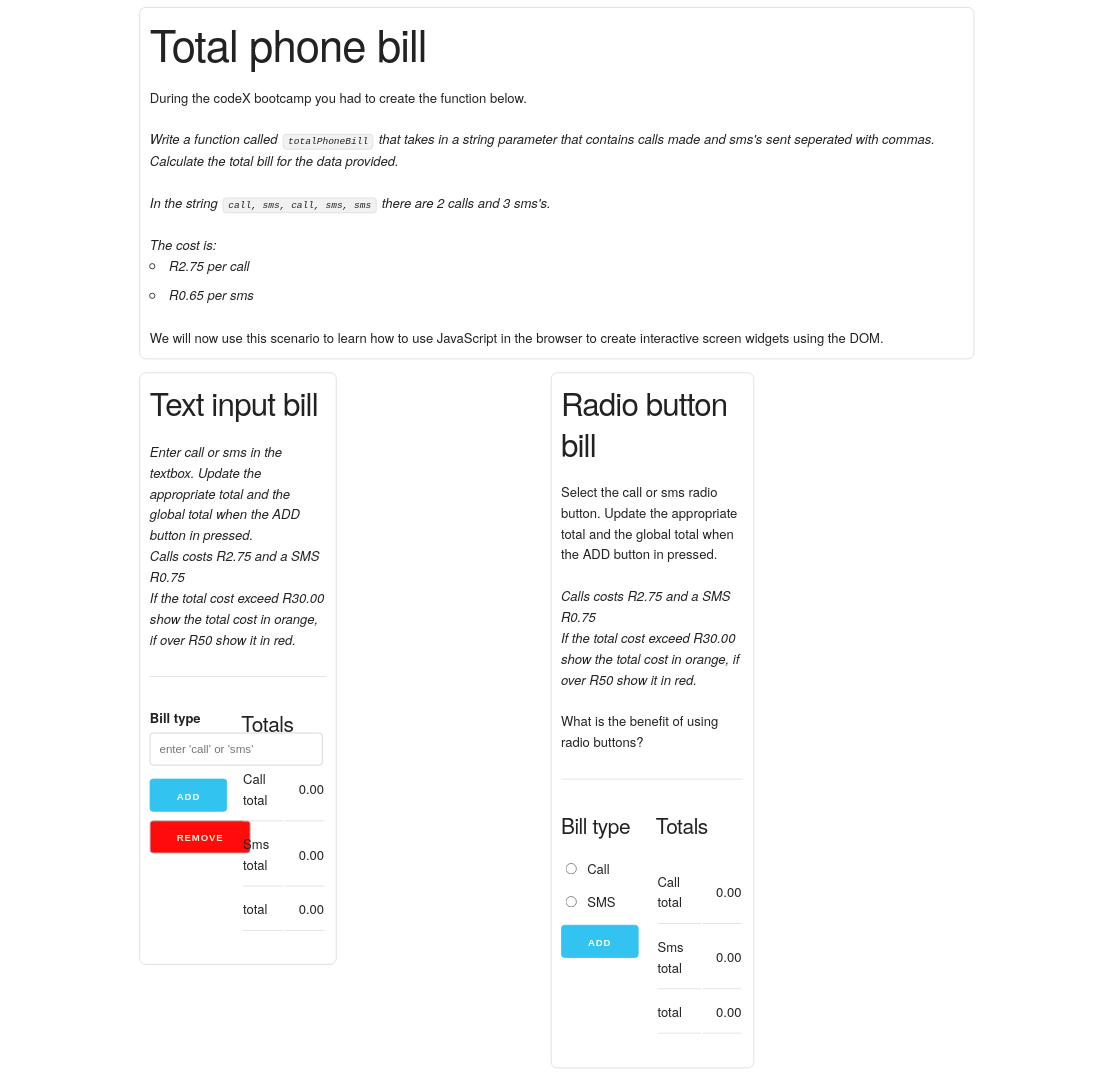
Repository: lasity34/Dom-intro-handlebars
Page: index.html
The author's editor kept a copy of each file at every save. The page is drawn from the files as they stood at one save, then again after the next save.
The browser window is 1280 px wide. The pictures show the whole page, at 87% of full size.
Some web libraries are served in a nearby version.

Above is the page before, as saved 2023-05-09 08:38:25.

### index.html
<!DOCTYPE html>
<html>
  <head>
    <meta charset="utf-8" />
    <title></title>
    <link rel="stylesheet" href="css/skeleton.css" />
    <link rel="stylesheet" href="css/style.css" />
    <script src="https://cdnjs.cloudflare.com/ajax/libs/handlebars.js/4.0.11/handlebars.min.js"></script>
    <script type="text/x-template" id="billTemplate">
      {{#each differentCosts}}
      <tr >
      <td>{{name}} total</td>
      <td><span class=" {{this.extraClass}}" >{{total}}</span></td>
      </tr>
      {{/each}}
    </script>
  </head>
  <body>
    <div class="container">
      <div class="row">
        <div class="twelve columns box">
          <h1>Total phone bill</h1>

          <div class="">
            During the codeX bootcamp you had to create the function below.
          </div>

          <br />

          <div class="">
            <i
              >Write a function called <code>totalPhoneBill</code> that takes in
              a string parameter that contains calls made and sms's sent
              seperated with commas. Calculate the total bill for the data
              provided. <br /><br />
              In the string <code>call, sms, call, sms, sms</code> there are 2
              calls and 3 sms's.
              <br />
              <br />
              The cost is:
              <ul>
                <li>R2.75 per call</li>
                <li>R0.65 per sms</li>
              </ul>
            </i>
          </div>

          <div class="">
            We will now use this scenario to learn how to use JavaScript in the
            browser to create interactive screen widgets using the DOM.
          </div>
        </div>
      </div>
      <div class="widget_container">
      <div class="row">
        <div class="six columns box">
          <!--  text input bill -->
          <h3>Text input bill</h3>

          <div class="">
            <i
              >Enter call or sms in the textbox. Update the appropriate total
              and the global total when the ADD button in pressed.</i
            >
          </div>
          <div class="">
            <i>Calls costs R2.75 and a SMS R0.75</i>
          </div>

          <div class="">
            <i
              >If the total cost exceed R30.00 show the total cost in orange, if
              over R50 show it in red.</i
            >
          </div>
          <hr />

          <div></div>
          <div class="row">
            <div class="six columns">
              <label for="">Bill type</label>
              <input
                type="text"
                name=""
                value=""
                placeholder="enter 'call' or 'sms' "
                class="billTypeText"
              />
              <button
                class="button-primary addToBillBtn"
                type="button"
                name="button"
              >
                Add
              </button>
              <button class="resetBtn" type="button" name="button">
                Remove
              </button>
            </div>
            <div class="six columns">
              <h5>Totals</h5>
              <table class="textTotals"></table>
            </div>
          </div>
        </div>
      </div>
      <div class="row">
        <div class="six columns box">
          <h3>Radio button bill</h3>

          <div class="">
            Select the call or sms radio button. Update the appropriate total
            and the global total when the ADD button in pressed.
          </div>
          <br />
          <div class="">
            <i>Calls costs R2.75 and a SMS R0.75</i>
          </div>

          <div class="">
            <i
              >If the total cost exceed R30.00 show the total cost in orange, if
              over R50 show it in red.</i
            >
          </div>
          <br />
          <div class="">What is the benefit of using radio buttons?</div>

          <hr />

          <div class="row">
            <div class="six columns">
              <h5>Bill type</h5>
              <label class="">
                <input
                  type="radio"
                  name="billItemType"
                  class="billItemTypeRadio"
                  value="call"
                />
                <span class="label-body">Call</span>
              </label>
              <label class="">
                <input
                  type="radio"
                  name="billItemType"
                  class="billItemTypeRadio"
                  value="sms"
                />
                <span class="label-body">SMS</span>
              </label>
              <button
                class="button-primary radioBillAddBtn"
                type="button"
                name="button"
              >
                Add
              </button>
            </div>
            <div class="six columns">
              <h5>Totals</h5>
              <table class="radioTotals"></table>
            </div>
          </div>
        </div>
      </div>
      </div>
    </div>

    <script src="./js/text-bill.js" charset="utf-8"></script>
    <script src="./js/radio-bill.js" charset="utf-8"></script>
  </body>
</html>

<!-- billTotal -->

### css/skeleton.css
/*
* Skeleton V2.0.4
* Copyright 2014, Dave Gamache
* www.getskeleton.com
* Free to use under the MIT license.
* http://www.opensource.org/licenses/mit-license.php
* 12/29/2014
*/


/* Table of contents
––––––––––––––––––––––––––––––––––––––––––––––––––
- Grid
- Base Styles
- Typography
- Links
- Buttons
- Forms
- Lists
- Code
- Tables
- Spacing
- Utilities
- Clearing
- Media Queries
*/


/* Grid
–––––––––––––––––––––––––––––––––––––––––––––––––– */
.container {
  position: relative;
  width: 100%;
  max-width: 960px;
  margin: 0 auto;
  padding: 0 20px;
  box-sizing: border-box; }
.column,
.columns {
  width: 100%;
  float: left;
  box-sizing: border-box; }

/* For devices larger than 400px */
@media (min-width: 400px) {
  .container {
    width: 85%;
    padding: 0; }
}

/* For devices larger than 550px */
@media (min-width: 550px) {
  .container {
    width: 80%; }
  .column,
  .columns {
    margin-left: 4%; }
  .column:first-child,
  .columns:first-child {
    margin-left: 0; }

  .one.column,
  .one.columns                    { width: 4.66666666667%; }
  .two.columns                    { width: 13.3333333333%; }
  .three.columns                  { width: 22%;            }
  .four.columns                   { width: 30.6666666667%; }
  .five.columns                   { width: 39.3333333333%; }
  .six.columns                    { width: 48%;            }
  .seven.columns                  { width: 56.6666666667%; }
  .eight.columns                  { width: 65.3333333333%; }
  .nine.columns                   { width: 74.0%;          }
  .ten.columns                    { width: 82.6666666667%; }
  .eleven.columns                 { width: 91.3333333333%; }
  .twelve.columns                 { width: 100%; margin-left: 0; }

  .one-third.column               { width: 30.6666666667%; }
  .two-thirds.column              { width: 65.3333333333%; }

  .one-half.column                { width: 48%; }

  /* Offsets */
  .offset-by-one.column,
  .offset-by-one.columns          { margin-left: 8.66666666667%; }
  .offset-by-two.column,
  .offset-by-two.columns          { margin-left: 17.3333333333%; }
  .offset-by-three.column,
  .offset-by-three.columns        { margin-left: 26%;            }
  .offset-by-four.column,
  .offset-by-four.columns         { margin-left: 34.6666666667%; }
  .offset-by-five.column,
  .offset-by-five.columns         { margin-left: 43.3333333333%; }
  .offset-by-six.column,
  .offset-by-six.columns          { margin-left: 52%;            }
  .offset-by-seven.column,
  .offset-by-seven.columns        { margin-left: 60.6666666667%; }
  .offset-by-eight.column,
  .offset-by-eight.columns        { margin-left: 69.3333333333%; }
  .offset-by-nine.column,
  .offset-by-nine.columns         { margin-left: 78.0%;          }
  .offset-by-ten.column,
  .offset-by-ten.columns          { margin-left: 86.6666666667%; }
  .offset-by-eleven.column,
  .offset-by-eleven.columns       { margin-left: 95.3333333333%; }

  .offset-by-one-third.column,
  .offset-by-one-third.columns    { margin-left: 34.6666666667%; }
  .offset-by-two-thirds.column,
  .offset-by-two-thirds.columns   { margin-left: 69.3333333333%; }

  .offset-by-one-half.column,
  .offset-by-one-half.columns     { margin-left: 52%; }

}


/* Base Styles
–––––––––––––––––––––––––––––––––––––––––––––––––– */
/* NOTE
html is set to 62.5% so that all the REM measurements throughout Skeleton
are based on 10px sizing. So basically 1.5rem = 15px :) */
html {
  font-size: 62.5%; }
body {
  font-size: 1.5em; /* currently ems cause chrome bug misinterpreting rems on body element */
  line-height: 1.6;
  font-weight: 400;
  font-family: "Raleway", "HelveticaNeue", "Helvetica Neue", Helvetica, Arial, sans-serif;
  color: #222; }


/* Typography
–––––––––––––––––––––––––––––––––––––––––––––––––– */
h1, h2, h3, h4, h5, h6 {
  margin-top: 0;
  margin-bottom: 2rem;
  font-weight: 300; }
h1 { font-size: 4.0rem; line-height: 1.2;  letter-spacing: -.1rem;}
h2 { font-size: 3.6rem; line-height: 1.25; letter-spacing: -.1rem; }
h3 { font-size: 3.0rem; line-height: 1.3;  letter-spacing: -.1rem; }
h4 { font-size: 2.4rem; line-height: 1.35; letter-spacing: -.08rem; }
h5 { font-size: 1.8rem; line-height: 1.5;  letter-spacing: -.05rem; }
h6 { font-size: 1.5rem; line-height: 1.6;  letter-spacing: 0; }

/* Larger than phablet */
@media (min-width: 550px) {
  h1 { font-size: 5.0rem; }
  h2 { font-size: 4.2rem; }
  h3 { font-size: 3.6rem; }
  h4 { font-size: 3.0rem; }
  h5 { font-size: 2.4rem; }
  h6 { font-size: 1.5rem; }
}

p {
  margin-top: 0; }


/* Links
–––––––––––––––––––––––––––––––––––––––––––––––––– */
a {
  color: #1EAEDB; }
a:hover {
  color: #0FA0CE; }


/* Buttons
–––––––––––––––––––––––––––––––––––––––––––––––––– */
.button,
button,
input[type="submit"],
input[type="reset"],
input[type="button"] {
  display: inline-block;
  height: 38px;
  padding: 0 30px;
  color: #555;
  text-align: center;
  font-size: 11px;
  font-weight: 600;
  line-height: 38px;
  letter-spacing: .1rem;
  text-transform: uppercase;
  text-decoration: none;
  white-space: nowrap;
  background-color: transparent;
  border-radius: 4px;
  border: 1px solid #bbb;
  cursor: pointer;
  box-sizing: border-box; }
.button:hover,
button:hover,
input[type="submit"]:hover,
input[type="reset"]:hover,
input[type="button"]:hover,
.button:focus,
button:focus,
input[type="submit"]:focus,
input[type="reset"]:focus,
input[type="button"]:focus {
  color: #333;
  border-color: #888;
  outline: 0; }
.button.button-primary,
button.button-primary,
input[type="submit"].button-primary,
input[type="reset"].button-primary,
input[type="button"].button-primary {
  color: #FFF;
  background-color: #33C3F0;
  border-color: #33C3F0; }
.button.button-primary:hover,
button.button-primary:hover,
input[type="submit"].button-primary:hover,
input[type="reset"].button-primary:hover,
input[type="button"].button-primary:hover,
.button.button-primary:focus,
button.button-primary:focus,
input[type="submit"].button-primary:focus,
input[type="reset"].button-primary:focus,
input[type="button"].button-primary:focus {
  color: #FFF;
  background-color: #1EAEDB;
  border-color: #1EAEDB; }


/* Forms
–––––––––––––––––––––––––––––––––––––––––––––––––– */
input[type="email"],
input[type="number"],
input[type="search"],
input[type="text"],
input[type="tel"],
input[type="url"],
input[type="password"],
textarea,
select {
  height: 38px;
  padding: 6px 10px; /* The 6px vertically centers text on FF, ignored by Webkit */
  background-color: #fff;
  border: 1px solid #D1D1D1;
  border-radius: 4px;
  box-shadow: none;
  box-sizing: border-box; }
/* Removes awkward default styles on some inputs for iOS */
input[type="email"],
input[type="number"],
input[type="search"],
input[type="text"],
input[type="tel"],
input[type="url"],
input[type="password"],
textarea {
  -webkit-appearance: none;
     -moz-appearance: none;
          appearance: none; }
textarea {
  min-height: 65px;
  padding-top: 6px;
  padding-bottom: 6px; }
input[type="email"]:focus,
input[type="number"]:focus,
input[type="search"]:focus,
input[type="text"]:focus,
input[type="tel"]:focus,
input[type="url"]:focus,
input[type="password"]:focus,
textarea:focus,
select:focus {
  border: 1px solid #33C3F0;
  outline: 0; }
label,
legend {
  display: block;
  margin-bottom: .5rem;
  font-weight: 600; }
fieldset {
  padding: 0;
  border-width: 0; }
input[type="checkbox"],
input[type="radio"] {
  display: inline; }
label > .label-body {
  display: inline-block;
  margin-left: .5rem;
  font-weight: normal; }


/* Lists
–––––––––––––––––––––––––––––––––––––––––––––––––– */
ul {
  list-style: circle inside; }
ol {
  list-style: decimal inside; }
ol, ul {
  padding-left: 0;
  margin-top: 0; }
ul ul,
ul ol,
ol ol,
ol ul {
  margin: 1.5rem 0 1.5rem 3rem;
  font-size: 90%; }
li {
  margin-bottom: 1rem; }


/* Code
–––––––––––––––––––––––––––––––––––––––––––––––––– */
code {
  padding: .2rem .5rem;
  margin: 0 .2rem;
  font-size: 90%;
  white-space: nowrap;
  background: #F1F1F1;
  border: 1px solid #E1E1E1;
  border-radius: 4px; }
pre > code {
  display: block;
  padding: 1rem 1.5rem;
  white-space: pre; }


/* Tables
–––––––––––––––––––––––––––––––––––––––––––––––––– */
th,
td {
  padding: 12px 15px;
  text-align: left;
  border-bottom: 1px solid #E1E1E1; }
th:first-child,
td:first-child {
  padding-left: 0; }
th:last-child,
td:last-child {
  padding-right: 0; }


/* Spacing
–––––––––––––––––––––––––––––––––––––––––––––––––– */
button,
.button {
  margin-bottom: 1rem; }
input,
textarea,
select,
fieldset {
  margin-bottom: 1.5rem; }
pre,
blockquote,
dl,
figure,
table,
p,
ul,
ol,
form {
  margin-bottom: 2.5rem; }


/* Utilities
–––––––––––––––––––––––––––––––––––––––––––––––––– */
.u-full-width {
  width: 100%;
  box-sizing: border-box; }
.u-max-full-width {
  max-width: 100%;
  box-sizing: border-box; }
.u-pull-right {
  float: right; }
.u-pull-left {
  float: left; }


/* Misc
–––––––––––––––––––––––––––––––––––––––––––––––––– */
hr {
  margin-top: 3rem;
  margin-bottom: 3.5rem;
  border-width: 0;
  border-top: 1px solid #E1E1E1; }


/* Clearing
–––––––––––––––––––––––––––––––––––––––––––––––––– */

/* Self Clearing Goodness */
.container:after,
.row:after,
.u-cf {
  content: "";
  display: table;
  clear: both; }


/* Media Queries
–––––––––––––––––––––––––––––––––––––––––––––––––– */
/*
Note: The best way to structure the use of media queries is to create the queries
near the relevant code. For example, if you wanted to change the styles for buttons
on small devices, paste the mobile query code up in the buttons section and style it
there.
*/


/* Larger than mobile */
@media (min-width: 400px) {}

/* Larger than phablet (also point when grid becomes active) */
@media (min-width: 550px) {}

/* Larger than tablet */
@media (min-width: 750px) {}

/* Larger than desktop */
@media (min-width: 1000px) {}

/* Larger than Desktop HD */
@media (min-width: 1200px) {}

### css/style.css
.box {
  padding: 0.75em;
  border-radius : 0.5em;
  border : 1px solid #ddd;
  height: auto;
  margin-bottom: 1em;
}


.warning {
  color: orange;
  font-weight: bold;
}

.danger {
  color: crimson;
  font-weight: bold;
}

.total {
  font-weight: bold;
  font-size: 2em;
}

.resetBtn {
  background-color: rgb(255, 11, 11);
  color: antiquewhite;
}

.widget_container {
  display: flex;
}

### js/text-bill.js
// get a reference to the textbox where the bill type is to be entered

//get a reference to the add button

//create a variable that will keep track of the total bill

//add an event listener for when the add button is pressed

//in the event listener check if the value in the bill type textbox is 'sms' or 'call'
// * add the appropriate value to the running total
// * add nothing for invalid values that is not 'call' or 'sms'.
// * display the latest total on the screen\index.html

const billTypeText = document.querySelector(".billTypeText");
const textTotalAddBtn = document.querySelector(".addToBillBtn");
const textTotalRemoveBtn = document.querySelector(".resetBtn");
const totalElem = document.querySelector(".total");
const textCostDataElem = document.querySelector(".textTotals");


let callsTotal = 0.0;
let smsTotal = 0.0;
let totaltext = 0.0;

function textBillTotal() {
  const billTypeEntered = billTypeText.value.trim();

  if (billTypeEntered === "call") {
    callsTotal += 2.75;
  } else if (billTypeEntered === "sms") {
    smsTotal += 0.75;
  }

  totaltext = callsTotal + smsTotal;
  updateTextTemplate();

}
function removeTotal() {
  callsTotal = 0;
  smsTotal = 0;
  totaltext = 0
  updateTextTemplate();
}

function updateTextTemplate() {
  const templateSource = document.querySelector("#billTemplate").innerHTML;
  const textTemplate = Handlebars.compile(templateSource);

  const costData = {
    differentCosts: [
      { name: "Call", total: callsTotal.toFixed(2), extraClass : "" },
      {
        name: "Sms",
        total: smsTotal.toFixed(2),
        extraClass : ""
      },
      {
        name: "",
        total: totaltext.toFixed(2),
        extraClass : totaltext > 50 ? "danger" : totaltext > 30 ? "warning" : ""
      },
    ],

  };

  const userDataHTML = textTemplate(costData);

  textCostDataElem.innerHTML = userDataHTML;
}

document.addEventListener("DOMContentLoaded", function () {
  updateTextTemplate();
});

textTotalAddBtn.addEventListener("click", textBillTotal);
textTotalRemoveBtn.addEventListener("click", removeTotal);

### js/radio-bill.js
// get a reference to the sms or call radio buttons

//get a reference to the add button

//create a variable that will keep track of the total bill

//add an event listener for when the add button is pressed

//in the event listener get the value from the billItemTypeRadio radio buttons
// * add the appropriate value to the running total
// * add nothing for invalid values that is not 'call' or 'sms'.
// * display the latest total on the screen

const radioBillAddBtnElement = document.querySelector(".radioBillAddBtn");

// "input[name='billItemType']:checked"
const callTotalTwoElement = document.querySelector(".callTotalTwo");
const smsTotalTwoElement = document.querySelector(".smsTotalTwo");
const totalTwoElement = document.querySelector(".totalTwo");

let smsTotalRadio = 0;
let callTotalRadio = 0;
let radioTotal = 0;
function calculateRadioBtn() {
  const checkedRadioBtnElement = document.querySelector(
    "input[name='billItemType']:checked"
  );

  if (checkedRadioBtnElement) {
    const billItemType = checkedRadioBtnElement.value;

    if (billItemType === "call") {
      callTotalRadio += 2.75;
    } else if (billItemType === "sms") {
      smsTotalRadio += 0.75;
    }
  }

  radioTotal = callTotalRadio + smsTotalRadio;

  updateRadioTemplate();

  const radioItem = document.querySelectorAll(".radioItem");


}

function updateRadioTemplate(type) {
  const templateSource = document.querySelector("#billTemplate").innerHTML;
  const userTemplate = Handlebars.compile(templateSource);
  const radioCostDataElem = document.querySelector(".radioTotals");
  const costData = {
    differentCosts: [
      { name: "Call", total: callTotalRadio.toFixed(2), extraClass : "" },
      {
        name: "Sms",
        total: smsTotalRadio.toFixed(2),
        extraClass : ""
      },
      {
        name: "",
        total: radioTotal.toFixed(2),
        extraClass : radioTotal > 50 ? "danger" : radioTotal > 30 ? "warning" : ''
      },
    ],

  };

  const userDataHTML = userTemplate(costData);
  radioCostDataElem.innerHTML = userDataHTML;
}

document.addEventListener("DOMContentLoaded", function () {
  updateRadioTemplate("radio");
});

radioBillAddBtnElement.addEventListener("click", calculateRadioBtn);

After the next save:
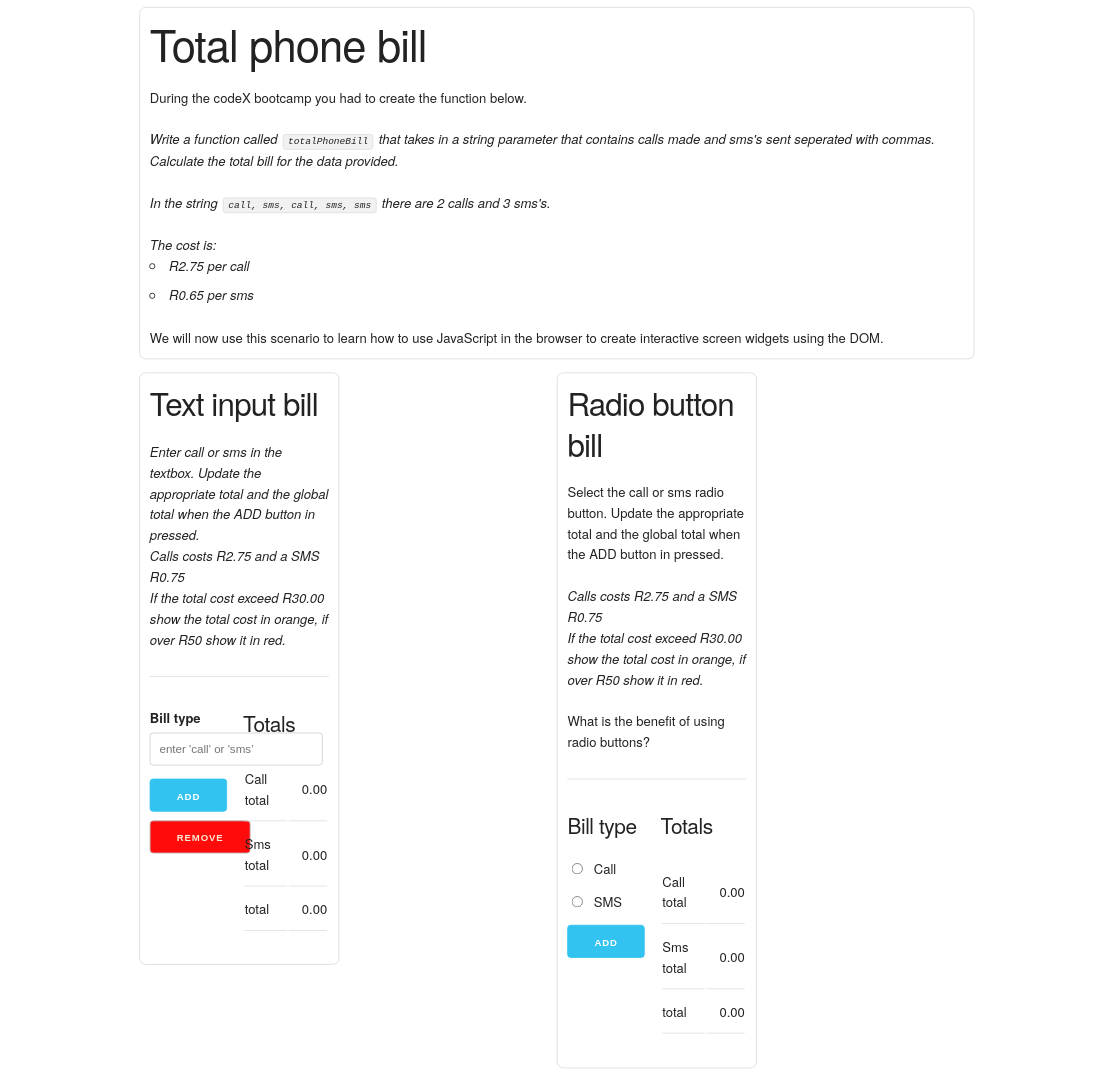
Saved 44 s later.
--- a/css/style.css
+++ b/css/style.css
@@ -30,3 +30,7 @@
 .widget_container {
   display: flex;
 }
+
+.row {
+  width: 100%;
+}
